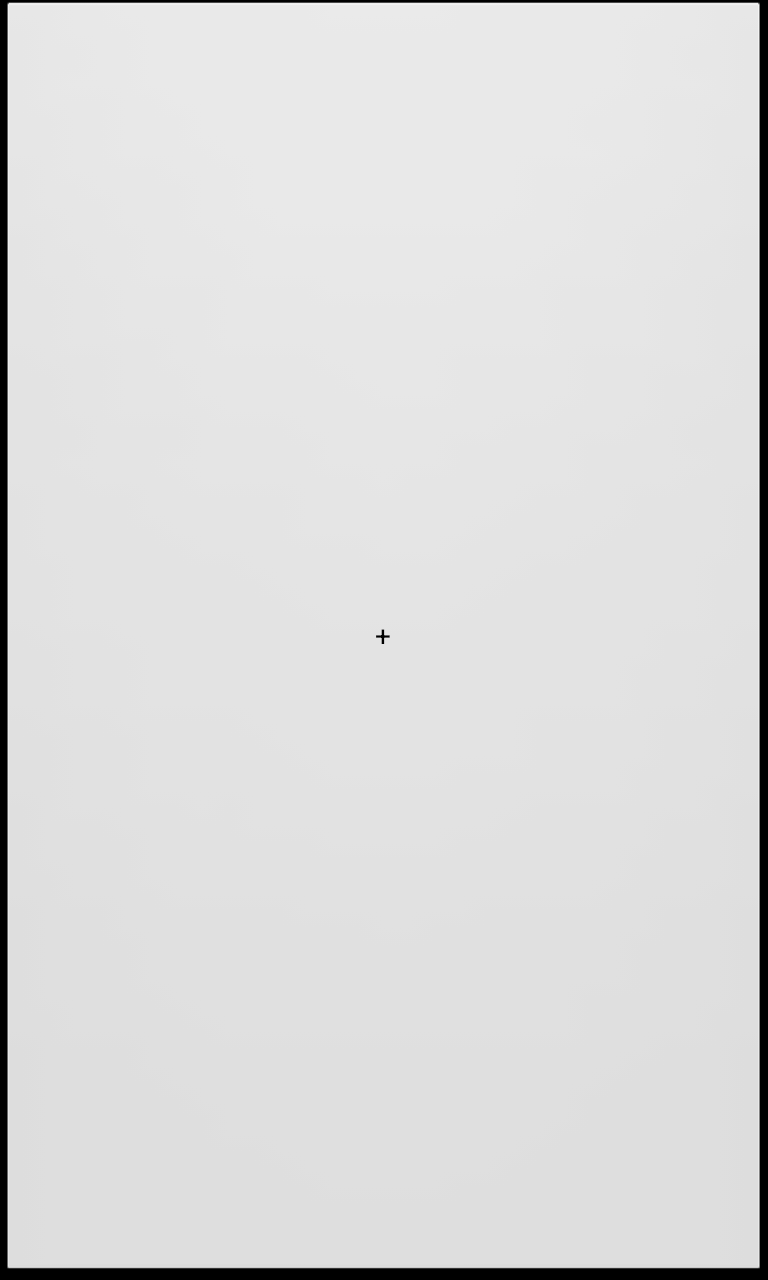
Repository: RaabsIn513/eclipse_workspace
Layout: SAS_revA/res/layout/integer_chooser.xml
These files come from the project's save history. The layout is drawn as it stood at one moment and after the next save; the edit follows.
It is drawn on a 768 x 1280 px phone screen (xhdpi) without system bars, with theme android:Theme; the app's code is not run.

Above is the layout before, as saved 2012-02-20 03:51:10.

### SAS_revA/res/layout/integer_chooser.xml
<?xml version="1.0" encoding="utf-8"?>
<LinearLayout xmlns:android="http://schemas.android.com/apk/res/android"
    android:layout_width="fill_parent"
    android:layout_height="fill_parent"
    android:orientation="vertical" >

    <Button
        android:id="@+id/btn_numUp"
        android:layout_width="fill_parent"
        android:layout_height="fill_parent"
        android:text="+">
    </Button>

    <TextView
        android:layout_width="fill_parent"
        android:layout_height="fill_parent"
        android:text="16"/>

    <Button
        android:id="@+id/btn_numDn"
        android:layout_width="fill_parent"
        android:layout_height="fill_parent"
        android:text="-">
    </Button>

</LinearLayout>

After the next save:
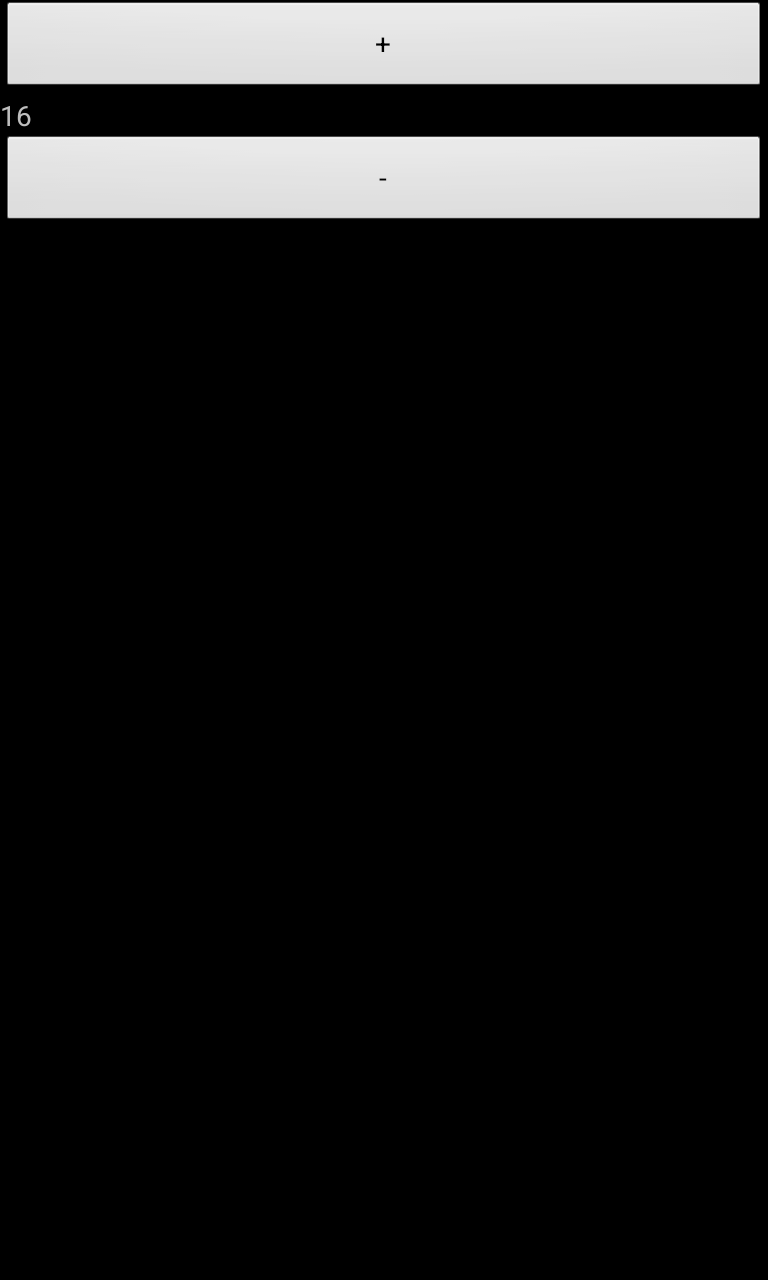
Saved 112 s later.
--- a/SAS_revA/res/layout/integer_chooser.xml
+++ b/SAS_revA/res/layout/integer_chooser.xml
@@ -7,19 +7,19 @@
     <Button
         android:id="@+id/btn_numUp"
         android:layout_width="fill_parent"
-        android:layout_height="fill_parent"
+        android:layout_height="wrap_content"
         android:text="+">
     </Button>
 
     <TextView
         android:layout_width="fill_parent"
-        android:layout_height="fill_parent"
+        android:layout_height="wrap_content"
         android:text="16"/>
 
     <Button
         android:id="@+id/btn_numDn"
         android:layout_width="fill_parent"
-        android:layout_height="fill_parent"
+        android:layout_height="wrap_content"
         android:text="-">
     </Button>
 
